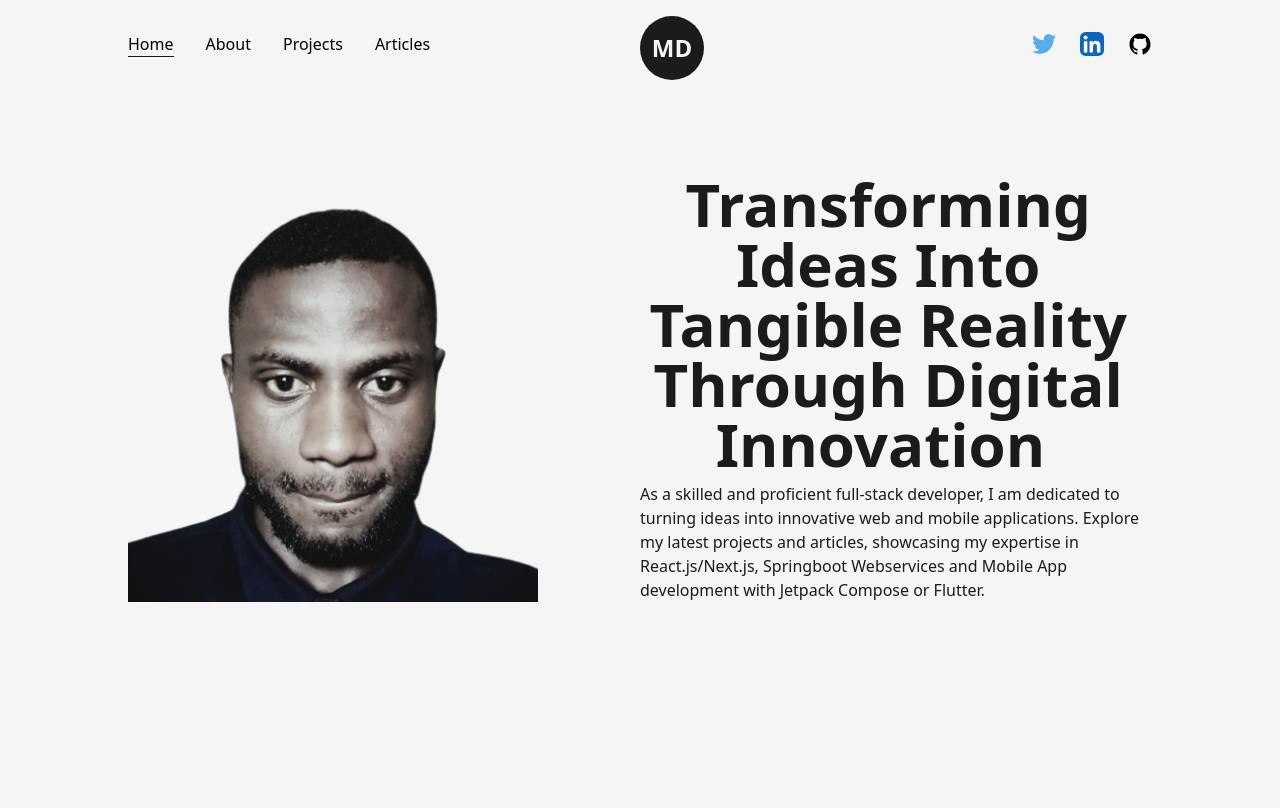
Repository: marcusdashe/situs
Page: /
The author's editor kept a copy of each file at every save. The page is drawn from the files as they stood at one save, then again after the next save.
The browser window is 1280 px wide. The pictures show the whole page.
The project was rebuilt for these pictures with package versions that can differ from the ones it lists, and the page was loaded fresh each time. The framework's server and built-in components were replaced by stand-ins that run in the browser.

Above is the page before, as saved 2023-06-15 17:54:15.

### src/pages/_app.js
import Navbar from "@/components/Navbar";
import "@/styles/globals.css";
import Head from "next/head";
// import { IBM_Plex_Sans } from "next/font/google";

// const ibm = IBM_Plex_Sans({
//   subsets: ["latin"],
//   variable: "--font-mont",
// });

export default function App({ Component, pageProps }) {
  return (
    <>
      <Head>
        <meta name="viewport" content="width=device-width, initial-scale=1" />
        <link rel="icon" href="/favicon.ico" />
      </Head>
      <main className={`  bg-light w-full min-h-screen`}>
        <Navbar />
        <Component {...pageProps} />
      </main>
    </>
  );
}

### src/components/Navbar.jsx
import React from "react";
import { useRouter } from "next/router";
import Link from "next/link";
import Logo from "./Logo";
import { TwitterIcon, GithubIcon, LinkedInIcon } from "./Icons";
import { motion } from "framer-motion";

const CustomLink = ({ href, title, className = "" }) => {
  const router = useRouter();

  return (
    <Link href={href} className={`${className} relative group`}>
      {title}
      <span
        className={`h-[1px] inline-block bg-dark absolute left-0 -bottom-0.5 group-hover:w-full transition-[width] ease duration-300 ${
          router.asPath === href ? "w-full" : "w-0"
        }`}
      >
        &nbsp;
      </span>
    </Link>
  );
};

const Navbar = () => {
  return (
    <header
      className="w-full px-32 py-8 font-medium
            flex items-center justify-between"
    >
      <nav>
        <CustomLink href="/" title="Home" className="mr-4" />
        <CustomLink href="/about" title="About" className="mx-4" />
        <CustomLink href="/projects" title="Projects" className="mx-4" />
        <CustomLink href="/articles" title="Articles" className="ml-4" />
      </nav>

      <nav className="flex items-center justify-center flex-wrap">
        <motion.a
          href="https://www.twitter.com/marcusdashe"
          target={"_blank"}
          whileHover={{
            y: -2,
          }}
          whileTap={{ scale: 0.9 }}
          className="w-6 mx-3"
        >
          <TwitterIcon className="" />
        </motion.a>
        <motion.a
          href="https://www.linkedin.com/in/marcus-dashe-15a088202"
          target={"_blank"}
          whileHover={{
            y: -2,
          }}
          whileTap={{ scale: 0.9 }}
          className="w-6 mx-3"
        >
          <LinkedInIcon />
        </motion.a>
        <motion.a
          href="https://www.github.com/marcusdashe"
          target={"_blank"}
          whileHover={{
            y: -2,
          }}
          whileTap={{ scale: 0.9 }}
          className="w-6 ml-3"
        >
          <GithubIcon />
        </motion.a>
      </nav>
      <div className="absolute left-[50%] top-2 translate-x-[-50]">
        <Logo />
      </div>
    </header>
  );
};

export default Navbar;

### src/styles/globals.css
@import url("https://fonts.googleapis.com/css2?family=IBM+Plex+Sans:ital,wght@0,100;0,200;0,300;1,100;1,200&family=Inter:wght@300;400;500;600;700;800;900&display=swap");

@tailwind base;
@tailwind components;
@tailwind utilities;

### src/components/Layout.jsx
import React from "react";

const Layout = ({ children, className = "" }) => {
  return (
    <div className={`${className} w-full inline-block z-0 bg-light p-32  `}>
      {children}
    </div>
  );
};

export default Layout;

### src/components/AnimatedText.jsx
import React from "react";

const AnimatedText = ({ text, className = "" }) => {
  return (
    <div className="w-full mx-auto py-2 flex items-center justify-center text-center overflow-hidden ">
      <h1
        className={`inline-block w-full text-dark font-bold capitalize text-6xl ${className}`}
      >
        {text.split(" ").map((word, index) => (
          <span key={index} className="inline-block">
            {word}&nbsp;
          </span>
        ))}
      </h1>
    </div>
  );
};

export default AnimatedText;

### src/components/Logo.jsx
"use client";

import React from "react";
import Link from "next/link";
import { motion } from "framer-motion";

const MotionLink = motion(Link);

const Logo = () => {
  return (
    <div className="flex items-center justify-center mt-2">
      <MotionLink
        href="/"
        className="w-16 h-16 bg-dark text-light flex items-center
        justify-center rounded-full text-2xl font-bold hover
      "
        whileHover={{
          scale: 1.5,
          backgroundColor: [
            "#121212",
            "rgba(131,58,180,1)",
            "rgba(253,29,29,1)",
            "rgba(252,176,69,1)",
            "rgba(131,58,180,1)",
            "#121212",
          ],
          transition: {
            duration: 1,
            repeat: Infinity,
          },
        }}
      >
        MD
      </MotionLink>
    </div>
  );
};

export default Logo;

Loaded but not shown: src/pages/index.js (45 lines, source omitted); tailwind.config.js (27 lines, source omitted); src/components/Icons.jsx (463 lines, source omitted)

After the next save:
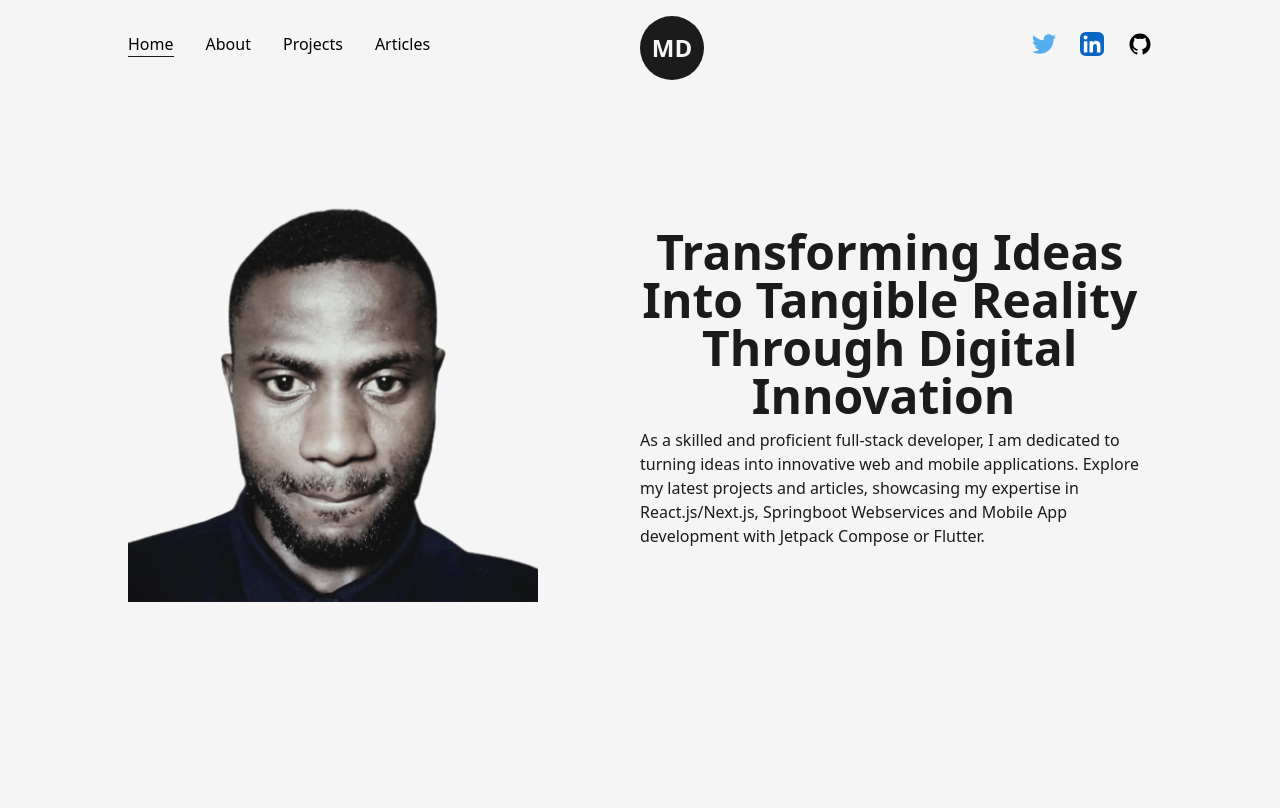
Saved 11 s later.
--- a/src/components/AnimatedText.jsx
+++ b/src/components/AnimatedText.jsx
@@ -4,7 +4,7 @@ const AnimatedText = ({ text, className = "" }) => {
   return (
     <div className="w-full mx-auto py-2 flex items-center justify-center text-center overflow-hidden ">
       <h1
-        className={`inline-block w-full text-dark font-bold capitalize text-6xl ${className}`}
+        className={`inline-block w-full text-dark font-bold capitalize text-5xl ${className}`}
       >
         {text.split(" ").map((word, index) => (
           <span key={index} className="inline-block">
